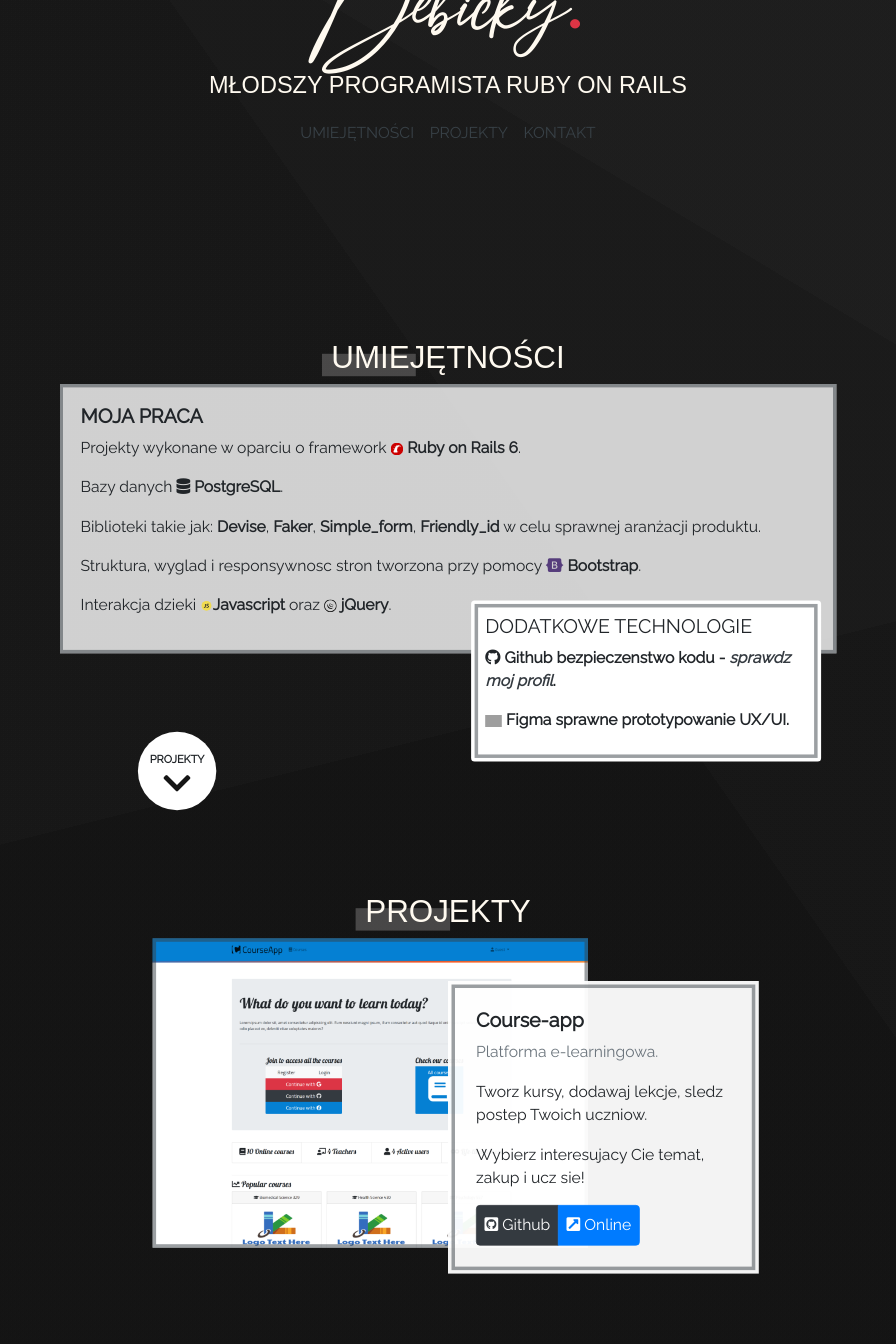
Repository: debicky/debicky.github.io
Page: index.html
These files come from the project's save history. The page is drawn as it stood at one moment and after a run of saves; the edit follows.
The browser window is 1280 px wide. The pictures show the part of the page from y = 309 to 2229 px (the page is 4633 px tall), at 70% of full size.
Pictures or frames that could not be fetched are drawn as grey boxes. Some web fonts or font styles are not loaded; a fallback is used. Some web libraries are served in a nearby version.

Above is the page before, as saved 2020-06-16 09:03:11.

### index.html
<!DOCTYPE html>
<html lang="en">
<head>
  <meta charset="UTF-8">
  <meta name="viewport" content="width=device-width, initial-scale=1.0">
  <title>Debicky</title>
  <link rel="stylesheet" href="https://stackpath.bootstrapcdn.com/bootstrap/4.5.0/css/bootstrap.min.css" integrity="sha384-9aIt2nRpC12Uk9gS9baDl411NQApFmC26EwAOH8WgZl5MYYxFfc+NcPb1dKGj7Sk" crossorigin="anonymous">
  <link rel="stylesheet" href="https://cdnjs.cloudflare.com/ajax/libs/font-awesome/5.11.2/css/all.min.css">
  <link rel="stylesheet" href="styles.css">
  <link rel="stylesheet" href="https://unpkg.com/aos@next/dist/aos.css" />

</head>
<body>


  <header>
    <div class="signature" data-aos="fade-in" data-aos-duration="2000">
      <h5 class="signature-heading ">Debicky<span class="text-danger font-weight-bolder">.</span></h5>
      <h3 class="signature-subheading">Młodszy Programista Ruby on Rails</h3>
    </div>

    <div class="container">
      <nav class="navbar navbar-expand-md p-0 rounded" data-aos="fade-in" data-aos-duration="3000">
        <button class="navbar-toggler" type="button" data-toggle="collapse" data-target="#navbarSupportedContent" aria-controls="navbarSupportedContent" aria-expanded="false" aria-label="Toggle navigation">
          <i class="fas fa-bars"></i>
          <i class="fas fa-times"></i>
        </button>

        <div class="collapse navbar-collapse d-md-flex justify-content-center" id="navbarSupportedContent">
          <ul class="navbar-nav">
            <li class="nav-item">
              <a class="nav-link" href="#about">Umiejętności</a>
            </li>
            <li class="nav-item">
              <a class="nav-link" href="#projects">Projekty</a>
            </li>
            <li class="nav-item">
              <a class="nav-link" href="#contact">Kontakt</a>
            </li>
          </ul>
        </div>
      </nav>
    </div>
  </header>

  <section class="about" id="about">
    <div class="container">
      <h1 class="text-center" data-aos="fade-in" data-aos-duration="1500">Umiejętności</h1>

        <div class="about-content" data-aos="zoom-in" data-aos-duration="1000">
          <div class="main-about-description">
            <h5 class="text-uppercase font-weight-bold">Moja praca</h5>
            <p>Projekty wykonane w oparciu o framework <img src="/images/icons/ror.svg" alt="ror-icon"><b> Ruby on Rails 6</b>.
            <p>Bazy danych <i class="fas fa-database"></i><b> PostgreSQL</b>.</p>
            <p>Biblioteki takie jak: <b>Devise</b>, <b>Faker</b>, <b>Simple_form</b>, <b>Friendly_id</b> w celu sprawnej aranżacji produktu. </p>
            <p>Struktura, wyglad i responsywnosc stron tworzona przy pomocy <span><i class="fab fa-bootstrap text-bootstrap"></i> <b>Bootstrap</b></span>.</p>
            <p>Interakcja dzieki <img src="/images/icons/js.svg" alt="js-icon"><b>Javascript</b> oraz <span><img src="/images/icons/jquery.svg" alt="jquery-icon"> <b>jQuery</b></span>.</p>
          </div>
          <div class="minor-about-description font-weight-bold">
            <h5 class="text-uppercase">Dodatkowe technologie</h5>
            <p><i class="fab fa-github"></i> <b>Github</b> bezpieczenstwo kodu  - <a href="https://github.com/debicky" target="_blank" class="text-dark font-italic">sprawdz moj profil</a>.</p>
            <p><img src="/images/icons/figma.svg" alt="figma-icon"> <b>Figma</b> sprawne prototypowanie UX/UI.</p>
          </div>
          <div class="project-down d-none d-md-flex" id="project-down">
            <span class="text-uppercase"><b>Projekty</b></span>
            <i class="fas fa-chevron-down"></i>
          </div>
        </div>

    </div>
  </section>




  <section class="projects" id="projects">
    <div class="container">
      <h1 class="text-center" data-aos="fade-in" data-aos-duration="1500">Projekty</h1>

        <div class="project-content" data-aos="fade-right" data-aos-duration="1000">
          <div class="project-description">
            <h5 class="font-weight-bold">Course-app</h5>
            <p class="text-muted">Platforma e-learningowa.</p>
            <p>Tworz kursy, dodawaj lekcje, sledz postep Twoich uczniow.</p>
            <p>Wybierz interesujacy Cie temat, zakup i ucz sie!</p>
            <div class="btn-group">
              <a href="https://github.com/debicky/course-application" target="_blank" class="btn p-2 btn-dark "><i class="fab fa-github-square"></i> Github </a>
              <a href="https://course-application-debart.herokuapp.com/" target="_blank" class="btn p-2 btn-primary "><i class="fas fa-external-link-square-alt"></i> Online</a>
            </div>
          </div>
          <div class="project-image">
            <a href="/images/1.jpeg">
              <img src="/images/course.png" alt="course-app-screenshot">
            </a>
          </div>
        </div>

        <div class="project-content" data-aos="fade-left" data-aos-duration="1000">
          <div class="project-description">
            <span class="span">
              <h5>Course-app</h5>
              <span class="span-footer">Platforma e-learningowa.</footer>
            </span>
            <p>Tworz kursy, dodawaj lekcje, sledz postep Twoich uczniow.</p>
            <p>Wybierz interesujacy Cie temat, zakup i ucz sie!</p>
            <div class="btn-group-vertical">
              <a href="https://github.com/debicky/course-application" target="_blank" class="btn btn-dark btn-sm">Dowiedz sie wiecej na Github </a>
              <a href="https://course-application-debart.herokuapp.com/" target="_blank" class="btn btn-primary btn-sm">CourseApp online</a>
            </div>
          </div>
          <div class="project-image">
            <a href="/images/1.jpeg">
              <img src="/images/course.png" alt="course-app-screenshot">
            </a>
          </div>
        </div>

        <div class="project-content" data-aos="fade-right" data-aos-duration="1000">
          <div class="project-description">
            <span class="span">
              <p>YourShop</p>
              <span class="span-footer">Sklep internetowy.</footer>
            </span>
            <p>Tworz produkty oraz ich kategorie.</p>
            <p>Dodaj do koszyka. Wybierz ilosc i rozmiar. Kup!</p>
            <div class="btn-group-vertical">
              <a href="https://github.com/debicky/yourshop" target="_blank" class="btn btn-dark btn-sm">Dowiedz sie wiecej na Github </a>
              <a href="http://your-shop-debart.herokuapp.com/" target="_blank" class="btn btn-primary btn-sm">YourShop online</a>
            </div>
          </div>
          <div class="project-image">
            <a href="/images/1.jpeg">
              <img src="/images/shop.png" alt="shop-app-screenshot">
            </a>
          </div>
        </div>

        <div class="project-content" data-aos="fade-left" data-aos-duration="1000">
          <div class="project-description">
            <span class="span">
              <p>Blog-app</p>
              <span class="span-footer">Blog z komentarzami</footer>
            </span>
            <p>Tworz artykuly, dodawaj zdjecia.</p>
            <p>Sprawdz najnowsze posty, skomentuj je!</p>
            <div class="btn-group-vertical">
              <a href="https://github.com/debicky/your-blog-debart" target="_blank" class="btn btn-dark btn-sm">Dowiedz sie wiecej na Github </a>
              <a href="http://your-blog-debart.herokuapp.com/" target="_blank" class="btn btn-primary btn-sm">BlogApp online</a>
            </div>
          </div>
          <div class="project-image">
            <a href="/images/1.jpeg">
              <img src="/images/blog.png" alt="blog-app-screenshot">
            </a>
          </div>
        </div>


    </div>
  </section>

  <section class="contact" id="contact">
    <div class="container">
      <h1 class="text-center" data-aos="fade-in" data-aos-duration="1500">Kontakt</h1>

      <div class="contact-content" data-aos="zoom-in" data-aos-duration="1000">
        <div class="main-about-description">
          <h5 class="text-uppercase">Potrzebujesz wiecej informacji?</h5>
          <p>Wyslij mi wiadomosc e-mail lub skontaktuj sie przez Messenger!</p>
        </div>
        <div class="minor-about-description btn-group">
          <a href="mailto:arturd444@gmail.com" target="_blank" class="btn btn-outline-dark ">
            <i class="far fa-paper-plane"></i>
            arturd444@gmail.com
          </a>
          <a href="https://m.me/artur.debicki.5" target="_blank" class="btn btn-outline-primary">
            <i class="fab fa-facebook-messenger "></i>
            Messenger
          </a>
        </div>
      </div>
    </div>
  </section>


  <footer class="py-5">
    <div class="up" id="up">
      <i class="fas fa-chevron-up"></i>
    </div>
    <div class="container">
      <div class="row">
        <div class="col-12 col-md-5 col-lg-4 mb-5 mb-md-0">
          <div class="signature-footer">
            <h5 class="signature-footer-heading">Debicky<span class="text-danger font-weight-bolder">.</span></h5>
            <h3 class="signature-footer-subheading">Programista Ruby on Rails</h3>
          </div>
          <small class="d-block mt-2 text-muted">&copy; 2020</small>
        </div>
        <div class="col-12 col-md-5 col-lg-4 mb-5">
          <h5 class="text-uppercase">Media</h5>
            <ul class="list-unstyled mb-0">
              <li>
                <a href="https://www.facebook.com/artur.debicki.5" class="text-muted"><i class="fab fa-facebook"></i> Facebook</a>
              </li>
              <li>
                <a href="https://www.instagram.com/debicky" class="text-muted"><i class="fab fa-instagram"></i> Instagram</a>
              </li>
              <li>
                <a href="https://github.com/debicky" class="text-muted"><i class="fab fa-github"></i> Github</a>
              </li>
            </ul>
        </div>
        <div class="col-12 col-md-5 col-lg-4">
          <h5 class="text-uppercase">Kontakt</h5>
            <ul class="list-unstyled mb-0">
              <li>
                <a href="mailto:arturd444@gmail.com" class="text-muted"><i class="fas fa-envelope"></i> arturd444@gmail.com</a>
              </li>
              <li>
                <p class="text-muted"><i class="fa fa-phone"></i> +48 692 138 221</p>
              </li>
            </ul>
        </div>
      </div>
    </div>
  </footer>



  <script src="https://code.jquery.com/jquery-3.5.0.min.js" crossorigin="anonymous"></script>
  <script src="https://cdn.jsdelivr.net/npm/popper.js@1.16.0/dist/umd/popper.min.js" integrity="sha384-Q6E9RHvbIyZFJoft+2mJbHaEWldlvI9IOYy5n3zV9zzTtmI3UksdQRVvoxMfooAo" crossorigin="anonymous"></script>
  <script src="https://stackpath.bootstrapcdn.com/bootstrap/4.5.0/js/bootstrap.min.js" integrity="sha384-OgVRvuATP1z7JjHLkuOU7Xw704+h835Lr+6QL9UvYjZE3Ipu6Tp75j7Bh/kR0JKI" crossorigin="anonymous"></script>
  <script src="https://unpkg.com/aos@next/dist/aos.js"></script>
  <script src="script.js"></script>

</body>
</html>

### styles.css
@import url('https://fonts.googleapis.com/css2?family=Playfair+Display&family=Playfair+Display+SC&family=Raleway&display=swap');

@font-face {
  font-family: "AmostelySignature";
  src: url("/fonts/AmostelySignature.ttf");
  }


* {
  margin: 0;
  padding: 0;
  box-sizing: border-box;
}

body,html {
  background-image: linear-gradient(346deg, rgba(55, 55, 55,0.04) 0%, rgba(55, 55, 55,0.04) 22%,rgba(140, 140, 140,0.04) 22%, rgba(140, 140, 140,0.04) 69%,rgba(225, 225, 225,0.04) 69%, rgba(225, 225, 225,0.04) 100%),linear-gradient(31deg, rgba(55, 55, 55,0.04) 0%, rgba(55, 55, 55,0.04) 42%,rgba(140, 140, 140,0.04) 42%, rgba(140, 140, 140,0.04) 85%,rgba(225, 225, 225,0.04) 85%, rgba(225, 225, 225,0.04) 100%),linear-gradient(55deg, rgba(55, 55, 55,0.04) 0%, rgba(55, 55, 55,0.04) 13%,rgba(140, 140, 140,0.04) 13%, rgba(140, 140, 140,0.04) 72%,rgba(225, 225, 225,0.04) 72%, rgba(225, 225, 225,0.04) 100%),linear-gradient(90deg, rgba(0,0,0, 0.98),rgba(0,0,0, 0.98));
  font-family: 'Raleway', sans-serif;

}



a:hover {
  text-decoration: none;
}

.text-bootstrap{
  color: #563d7c;
}

p span{
  white-space: pre;
}

/* Heading */

header{
  height: 100vh;
  width: 100%;
  display: flex;
  flex-direction: column;
  align-items: center;
  justify-content: center;

}

.signature{
  color: floralwhite;
  text-align: center;
  user-select: none;
}

.signature-heading{
  font-family: 'AmostelySignature', cursive;
  font-size: 7rem;
  margin-bottom: 30px;
}

.signature-subheading{
  font-family: 'Playfair Display SC', sans-serif;
  font-size: 1.5rem;
  text-transform: uppercase;
  margin-bottom: 20px;
}

/* Navbar */

.navbar{
  background-color: #fff;
}

.navbar-toggler i{
  color: #fff;
  font-size: 1.2rem;
}

.navbar-toggler .fa-times{
  display: none;
}

.navbar-toggler.menu-open  .fa-bars{
  display: none;
}

.navbar-toggler.menu-open  .fa-times{
  display: block;
}

.navbar-nav{
  padding: 20px;
}

.nav-link{
  color: rgb(19, 18, 18);
  text-transform: uppercase;
  transition: opacity .5s;
  font-size: 1rem;
}

.nav-link:hover{
  color: maroon;
}

/* about */

.about {
  height: 100vh;
  justify-content: center;
  align-items: center;
}

.about img{
height: 18px;
}

.main-about-description, .minor-about-description {
  width: 100%;
  background-color: rgba(255, 255, 255, .8);
  padding: 30px;
  outline: 5px solid rgba(56, 65, 71, 0.5);
  outline-offset: -5px;
  order: 1;
  margin-top: 5px;
}

.project-down{
  padding-top: .6rem;
  flex-direction: column;
  justify-content: center;
  align-items: center;
  width: 5rem;
  height: 5rem;
  background-color: #fff;
  border-radius: 100%;
  margin: 5rem;
  animation: pulse 2.5s infinite;
  cursor: pointer;
  z-index: 1;
  font-size: 0.7rem;
}

.project-down i{
  color: #151515;
  font-size: 2rem;
}





/* section headers */

section h1{
  font-family: 'Playfair Display SC', sans-serif;
  font-size: 2rem;
  text-transform: uppercase;
  position: relative;
  z-index: 1;
  color: floralwhite;
}

section h1::before {
  content: ' ';
  position: absolute;
  width: 6rem;
  background: #7c7a7a81;
  height: .7em;
  bottom: 0;
  z-index: -1;
  margin-left: -.3em;
}

/* Projects */

.projects{
  margin-top: 30vh;
}

.project-content{
  margin-bottom: 10vh;
}

.project-description{
  width: 100%;
  background-color: rgba(255, 255, 255, 0.95);
  padding: 40px;
  outline: 5px solid rgba(56, 65, 71, 0.5);
  outline-offset: -5px;
  order: 1;
  margin-top: 5px;
  margin-bottom: 1px;
}

.project-image{
  order: 2;
}

.project-image img{
  outline: 5px solid rgba(56, 65, 71, 0.5);
  outline-offset: -5px;
  width: 100%;
  height: auto;
  display: block;
}







/* Contact */

.contact{
  margin-bottom: 20vh;
}



/* Footer */


footer {
  background-color: #151515;
  color: #fff;
}

.signature-footer{
  user-select: none;
}

.signature-footer-heading{
  font-family: 'AmostelySignature', cursive;
  font-size: 50px;
  color: #fff;
}

.signature-footer-subheading{
  font-family: 'Playfair Display SC', sans-serif;
  font-size: 12px;
  text-transform: uppercase;
  color: #fff;
}

footer h5{
  font-family: 'Playfair Display SC', sans-serif;
}


a.text-muted:hover{
  color: maroon !important;
}

.up{
  position: absolute;
  width: 5rem;
  height: 5rem;
  background-color: #fff;
  right: 3rem;
  border-radius: 100%;
  display: flex;
  animation: pulse 2.5s infinite;
  cursor: pointer;
  z-index: 1;
}

.up i{
  color: #151515;
  font-size: 2rem;
  margin: auto;

}

@keyframes pulse {
  0%{
    box-shadow: 0 0 0 0 #7c7a7a81;
  }
  70%{
    box-shadow: 0 0 0 2rem rgba(238, 202, 125, 0);

  }
  100%{
    box-shadow: 0 0 0 0 rgba(238, 202, 125, 0);

  }
}

/* Responsive */

@media screen and (min-width: 768px) {
  .navbar{
    background-color: transparent;
  }
  .navbar-nav{
    padding: 0;
  }
  .nav-link{
    color: #384147;
  }

  nav:hover .nav-link:not(:hover){
    opacity: .5;
  }

  /* about resposnive */

  .about{
    margin-top: 10vh;
  }

  .about-content{
    position: relative;
    display: block;
  }

  .minor-about-description{
    position: absolute;
    transform: translateY(-35%);
    left: 53%;
    width: 45%;
    padding: 20px;
    background-color: #fff;
    outline-offset: -10px;
    border-radius: 5px;

  }

  .project-content{
    margin-bottom: 20vh;
  }



  /* project responsive */

  .projects{
    margin-top: 10vh;
  }

  .project-content{
    position: relative;
    display: block;
  }

  .project-description{
    position: absolute;
    top: 80%;
    transform: translateY(-50%);
    width: 50%;
    outline-offset: -10px;
  }

  .project-image img{
    width: 70%;
    margin-left: auto;
  }

  .project-content:nth-child(2n) .project-description{
    left: 50%;
  }

  .project-content:nth-child(2n) .project-image img{
    margin-right: auto;
  }

    .contact{
    height: 30vh;
  }

}

@media screen and (min-width: 1200px) {
  html{
    font-size: 1.4rem;
  }

  .project-description{
    top: 60%;
    width: 40%;
  }

  .project-image{
    width: 80%;
  }



  footer{
    height: 30vh;
  }

}

### script.js
$(document).ready(function () {

  AOS.init();


  $('.navbar-toggler').on('click', function () {
    $(this).toggleClass('menu-open');
  })

  $('.navbar .nav-link').on('click', function () {
    $('.navbar-collapse').toggleClass('show')
    $('.navbar-toggler').removeClass('menu-open')
  });

  $('nav a[href*="#').on('click', function () {
    $('html, body').animate({
      scrollTop: $($(this).attr('href')).offset().top - 100
    }, 900);
  });

  $('#project-down').on('click', function () {
    $('html, body').animate({
      scrollTop: $('#projects').offset().top - 10
    }, 900);
  });

  $('#up').on('click', function () {
    $('html, body').animate({
      scrollTop: 0
    }, 900);
  });






})

After the next 2 saves:
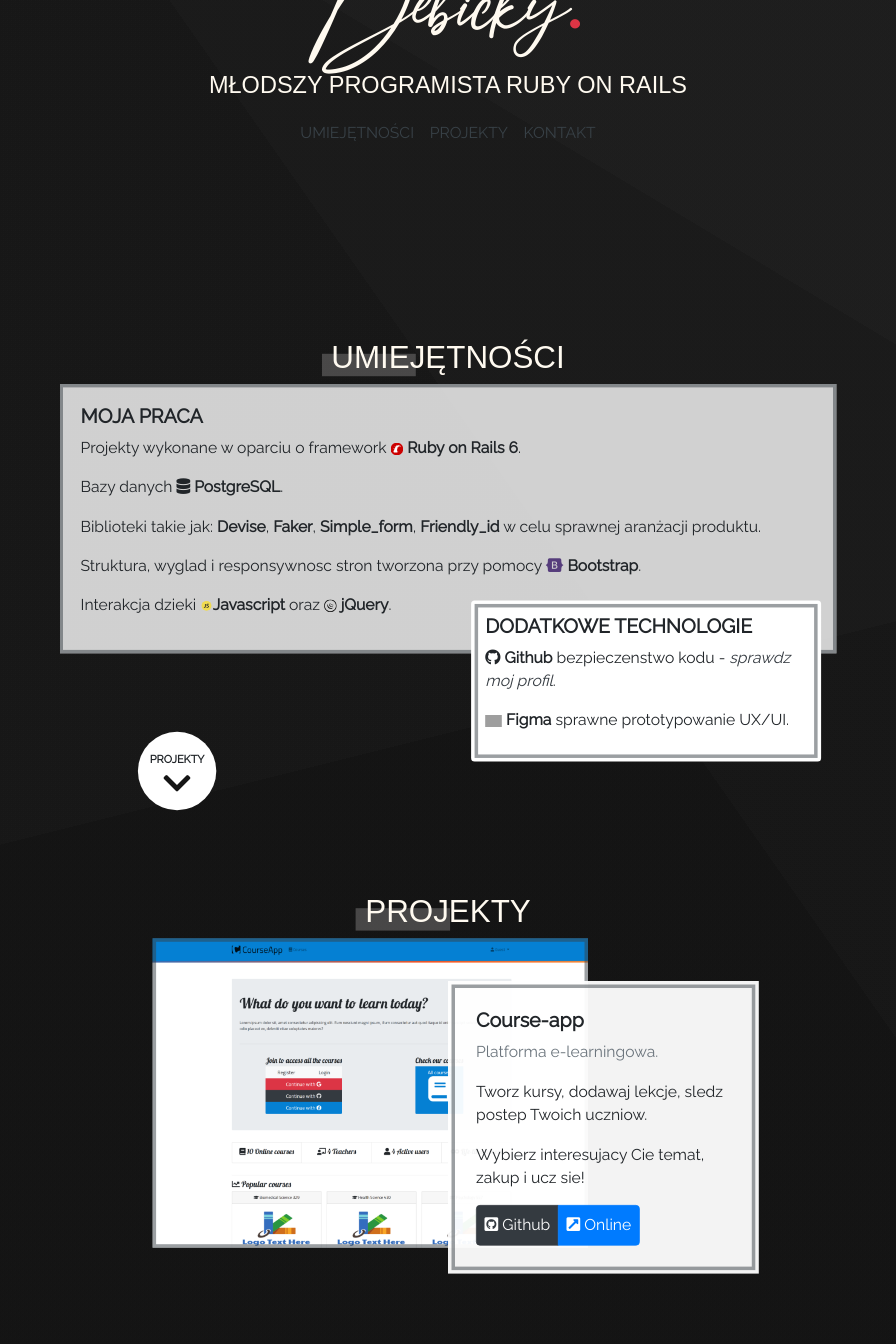
The 2 saves are shown as one change because they came seconds apart.
The last was saved 9 s later.
--- a/index.html
+++ b/index.html
@@ -56,8 +56,8 @@
             <p>Struktura, wyglad i responsywnosc stron tworzona przy pomocy <span><i class="fab fa-bootstrap text-bootstrap"></i> <b>Bootstrap</b></span>.</p>
             <p>Interakcja dzieki <img src="/images/icons/js.svg" alt="js-icon"><b>Javascript</b> oraz <span><img src="/images/icons/jquery.svg" alt="jquery-icon"> <b>jQuery</b></span>.</p>
           </div>
-          <div class="minor-about-description font-weight-bold">
-            <h5 class="text-uppercase">Dodatkowe technologie</h5>
+          <div class="minor-about-description ">
+            <h5 class="text-uppercase font-weight-bold">Dodatkowe technologie</h5>
             <p><i class="fab fa-github"></i> <b>Github</b> bezpieczenstwo kodu  - <a href="https://github.com/debicky" target="_blank" class="text-dark font-italic">sprawdz moj profil</a>.</p>
             <p><img src="/images/icons/figma.svg" alt="figma-icon"> <b>Figma</b> sprawne prototypowanie UX/UI.</p>
           </div>
